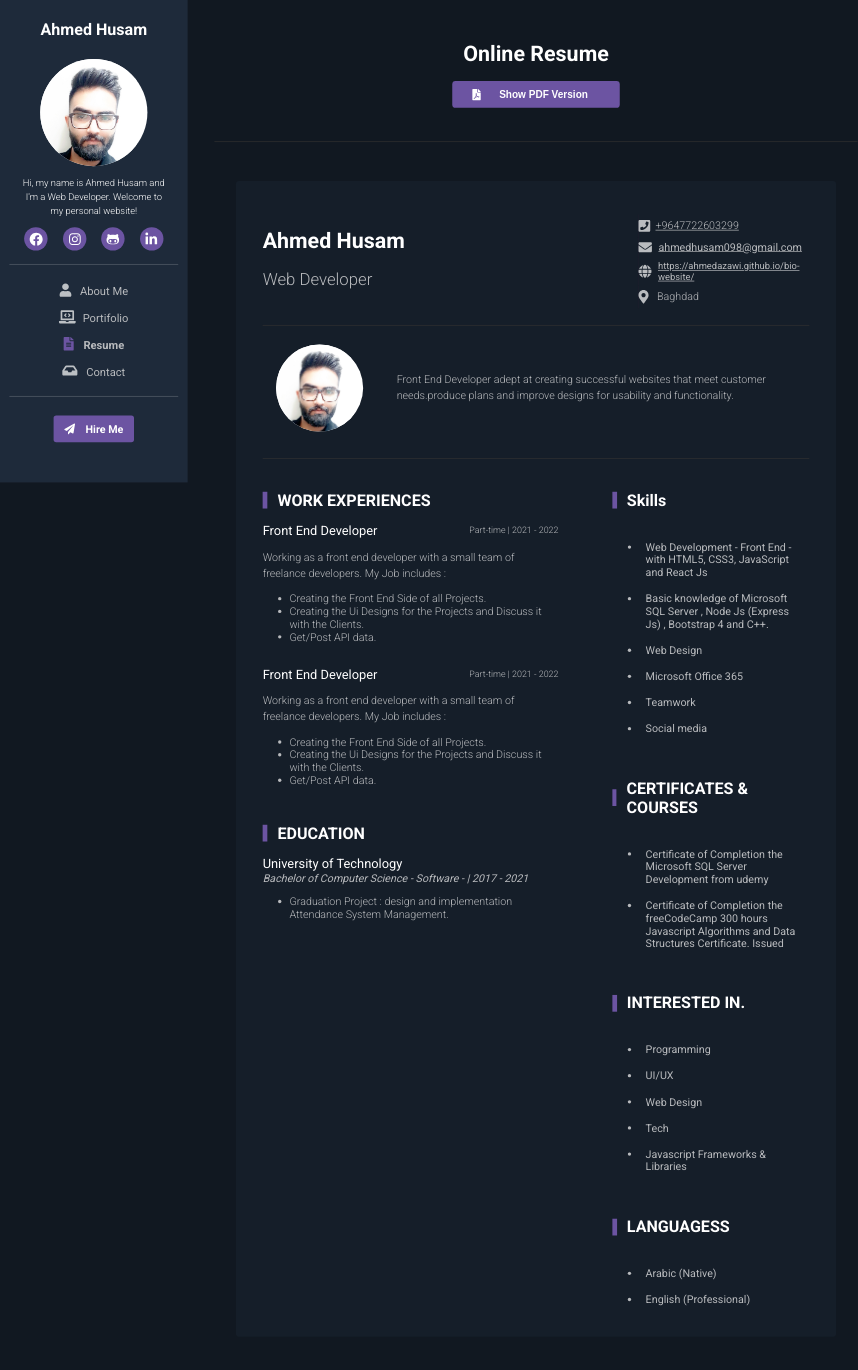
Repository: ahmedazawi/bio-website
Page: /bio-website/resume
These files come from the project's save history. The page is drawn as it stood at one moment and after the next save; the edit follows.
The browser window is 1280 px wide. The pictures show the whole page, at 67% of full size.
The project was rebuilt for these pictures with package versions that can differ from the ones it lists, and the page was loaded fresh each time. Also part of the build but not shown: src/assets/css/routes-files/about-me.css, src/components/home/Head.js, src/assets/css/routes-files/cards.css, src/components/home/Card.js, src/components/home/Cards.js, src/components/home/PojectsCard.js, src/components/home/Projects.js, src/views/AboutMe.js and 2 more.

Above is the page before, as saved 2022-08-05 11:36:12.

After the next save:
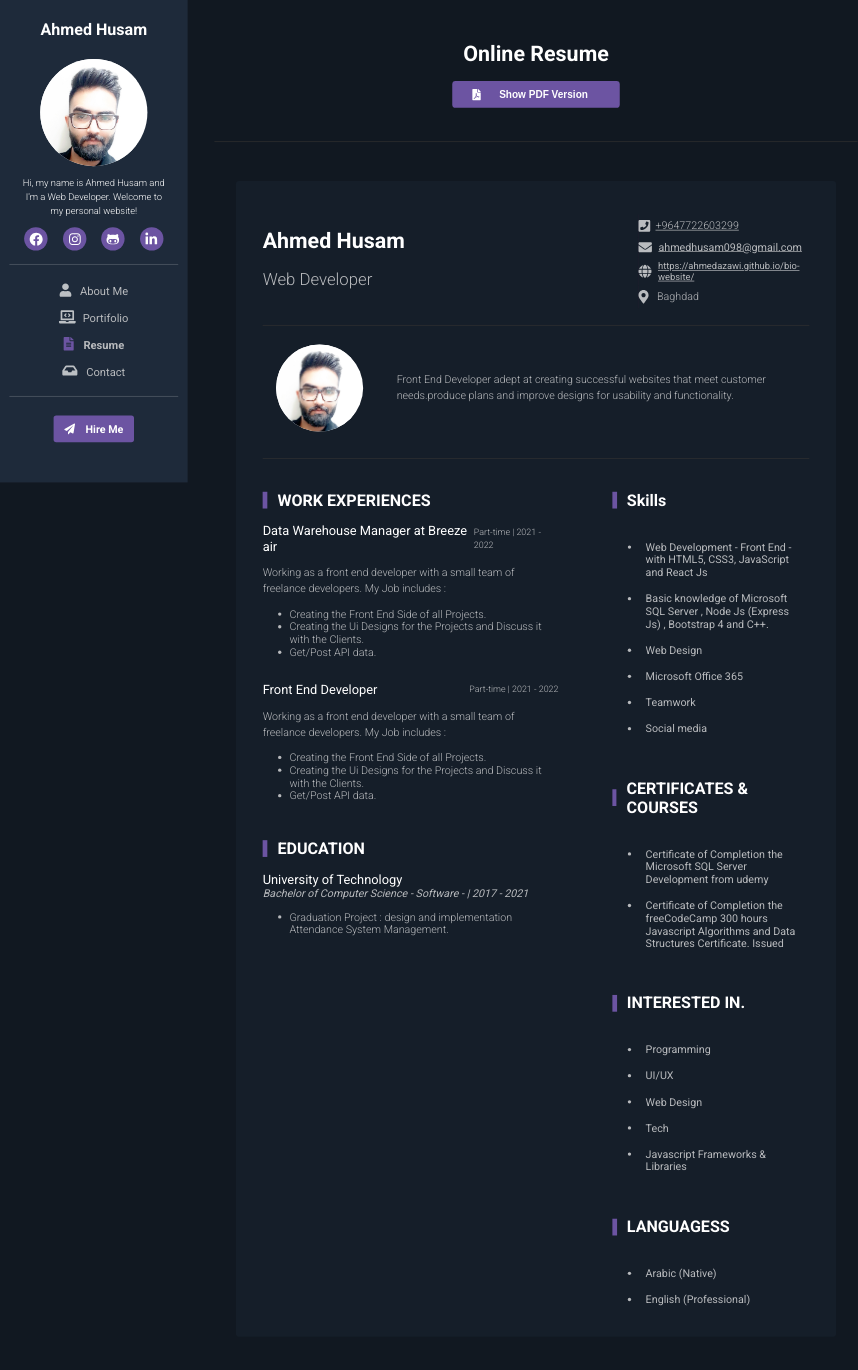
Saved 34 s later.
--- a/src/views/Resume.js
+++ b/src/views/Resume.js
@@ -150,7 +150,7 @@ const Resume = () => {
             </div>
             <div>
               <div className="resume-inside-title">
-                <big>Front End Developer</big>
+                <big>Data Warehouse Manager at Breeze air</big>
                 <small>Part-time | 2021 - 2022</small>
               </div>
               <p>
